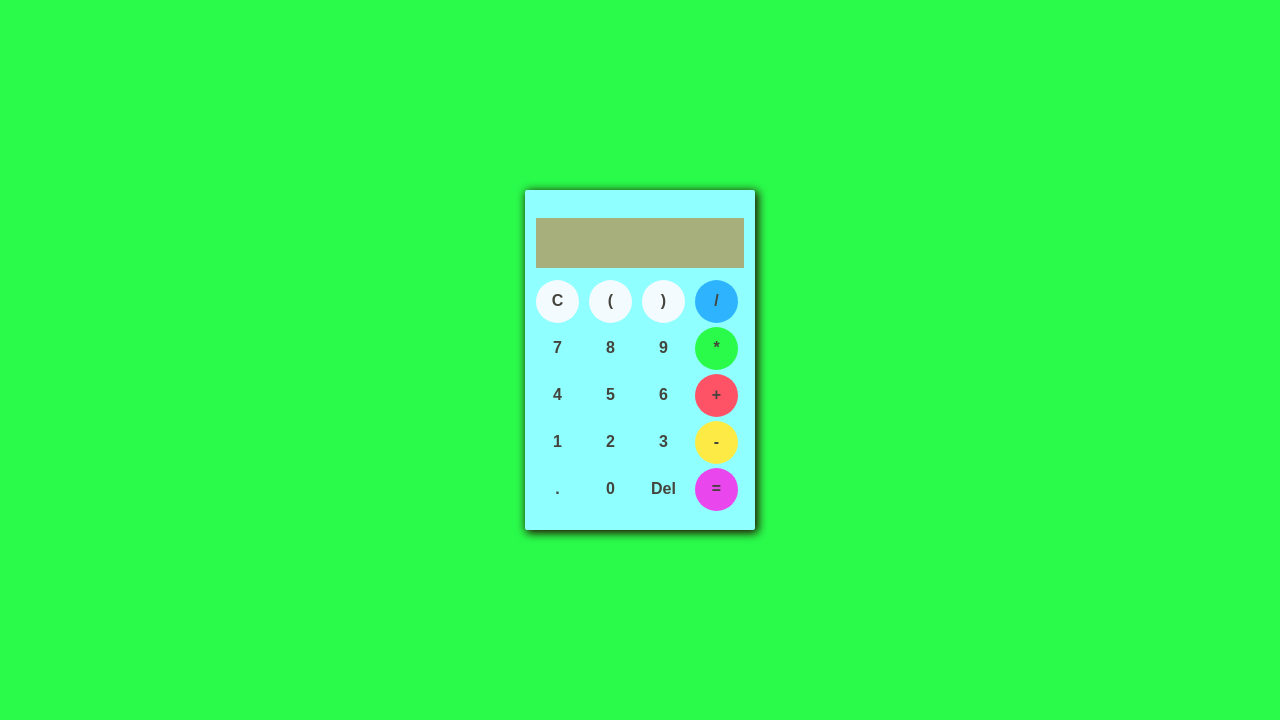
Repository: ServerK001/CalcJsVanilha
Page: index.html
These files come from the project's save history. The page is drawn as it stood at one moment and after a run of saves; the edit follows.
The browser window is 1280 px wide. The pictures show the whole page.

Above is the page before, as saved 2022-02-15 18:41:00.

### index.html
<!DOCTYPE html>
<html lang="pt-br">
<head>
    <meta charset="UTF-8">
    <meta http-equiv="X-UA-Compatible" content="IE=edge">
    <meta name="viewport" content="width=device-width, initial-scale=1.0">
    <script src="index.js" ></script>
    <link rel="stylesheet" href="style.css">


    <title>Calculadora</title>
</head>
<body>

        <section class="conteiner">


            <table class="calculadora">
                <tr>
                    <td colspan="4"><input type="text" class="display"></td>
                </tr>

                <tr>
                    <td><button class="btn btn_1 btn-clear">C</button></td>
                    <td><button class="btn btn_1 btn-num">(</button></td>
                    <td><button class="btn btn_1 btn-num">)</button></td>
                    <td><button class="btn btn_2 btn-num">/</button></td>
                </tr>

                <tr>
                    <td><button class="btn btn-num">7</button></td>
                    <td><button class="btn btn-num">8</button></td>
                    <td><button class="btn btn-num">9</button></td>
                    <td><button class="btn btn_3 btn-num">*</button></td>
                </tr>
                <tr>
                    <td><button class="btn btn-num">4</button></td>
                    <td><button class="btn btn-num">5</button></td>
                    <td><button class="btn btn-num">6</button></td>
                    <td><button class="btn btn_4 btn-num">+</button></td>
                </tr>
                <tr>
                    <td><button class="btn btn-num">1</button></td>
                    <td><button class="btn btn-num">2</button></td>
                    <td><button class="btn btn-num">3</button></td>
                    <td><button class="btn btn_5 btn-num">-</button></td>
                </tr>
                <tr>
                    <td><button class="btn  btn-num">.</button></td>
                    <td><button class="btn btn-num">0</button></td>
                    <td><button class="btn btn-del">Del</button></td>
                    <td><button class="btn btn_6 btn-num">=</button></td>
                </tr>

            </table>


        </section>

        <div class="vidro">
            dsads
        </div>

</body>
</html>

### index.js
console.log('Olá mundo')

### style.css
@font-face { font-family: DisplayOFT;
    src: url('./font/DisplayOTF.otf'); }

:root{
    --btn: #44443c;
    --font-display:#435338;
    --displayBG:#a7af7c;
    --bgCalc:#90FFFF;
    --bgConteiner:#5b5b5b;

    /*Bootuns Colors*/

    --btn_1:#F4FBFF;
    --btn_2:#2EB4FF;
    --btn_3:#2AFB4B;
    --btn_4:#FE5367;
    --btn_5:#FDEA44;
    --btn_6:#EA46ED;
    --btnHover: #c5e9fd;




}

.display{

    font-size: 1rem;
    width: 100%;
    height: 50px;
    text-align: right;
    font-family: "DisplayOFT";
    font-size: 1.5rem;
    color: var(--font-display);
    background-color: var(--displayBG);

        border: none;
}

input[type=text] {
    width: 100%;
    padding: 12px 20px;
    margin: 8px 0;
    box-sizing: border-box;
    transition: 0.3s;

  }
  input[type=text]:focus {
        height: 52px;

  }

.btn{
    font-size: 1rem;
    font-weight: bold;
    color:var(--btn);
    background-color: var(--bgBtn);
    padding: 0.5rem ;
    border-radius: 50%;
    align-items: center;
    border: none;
    height: 43px;
    width: 43px;
    text-align: center;
    transition: 0.3s;
}.btn:hover{
    background-color: var(--btnHover) ;
}


.calculadora{
    display: flex;
    align-items: center;
    justify-content: center;
    background-color: var(--bgCalc);
    padding: 0.5rem;
    height: 340px;
    width: 230px;
    border-radius: 2px;
    box-shadow: 2px 2px 10px 1px #240502;
    z-index: 1;

}


.body{
    background-color: var(--bgConteiner);
    padding: 1rem;
}

.btn_1{background-color:var(--btn_1)}
.btn_2{background-color:var(--btn_2)}
.btn_3{background-color:var(--btn_3)}
.btn_4{background-color:var(--btn_4)}
.btn_5{background-color:var(--btn_5)}
.btn_6{background-color:var(--btn_6)}

.conteiner{
    display: flex;
    align-items: center;
    justify-content: center;
    height: 100vh;
    background-color: #2AFB4B;
}




html, body{
    box-sizing:none;
    margin: 0 auto;
    border: none;
    padding: 0;
    line-height: 1;


}



.vidro{
	width: 5rem;
	height: 5rem;
	box-shadow: 0 0 1rem 0 rgba(0, 0, 0, .2);
	border-radius: 50%;
	position: absolute;
    top: 50vh;
    left: 85vh;
	z-index: 0;
	background: inherit;
	overflow: hidden;
}

After the next 3 saves:
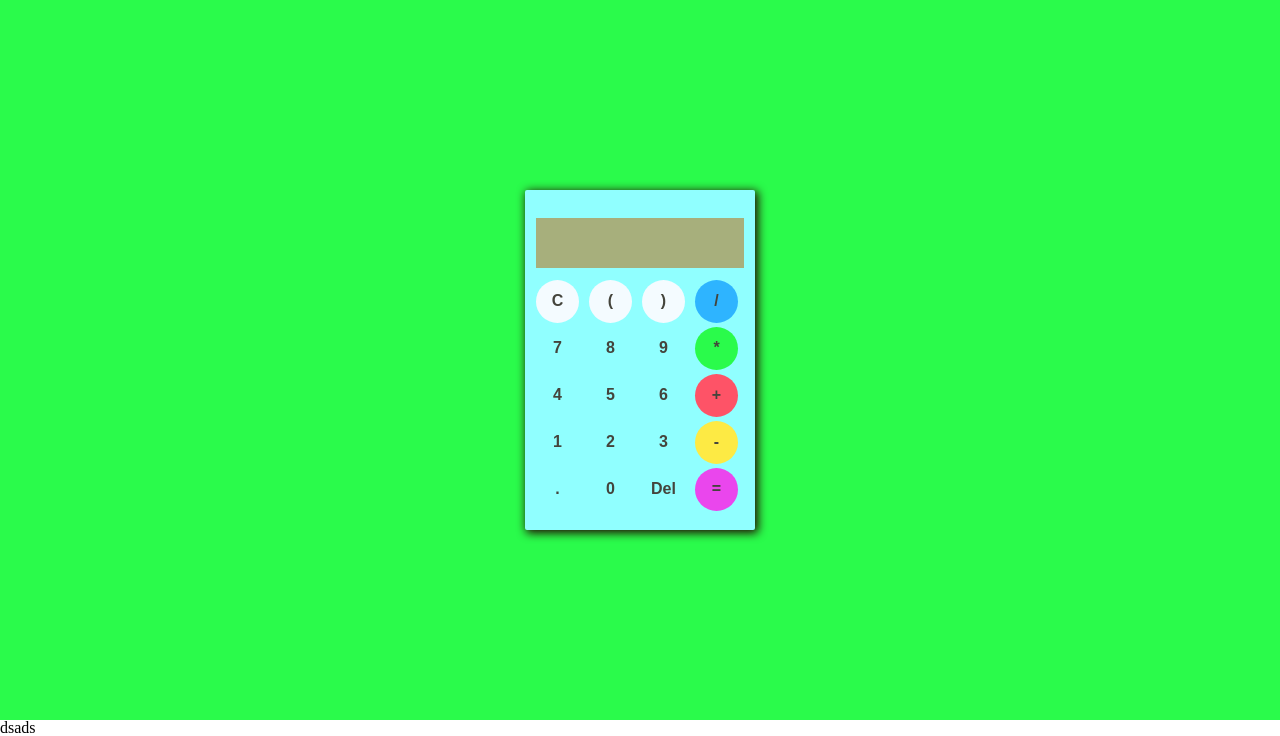
The 3 saves are shown as one change because they came seconds apart.
The last was saved 25 s later.
--- a/index.html
+++ b/index.html
@@ -60,6 +60,9 @@
         <div class="vidro">
             dsads
         </div>
+        <div class="vidro_2">
+            dsads
+        </div>
 
 </body>
 </html>

After the 2 saves that followed:
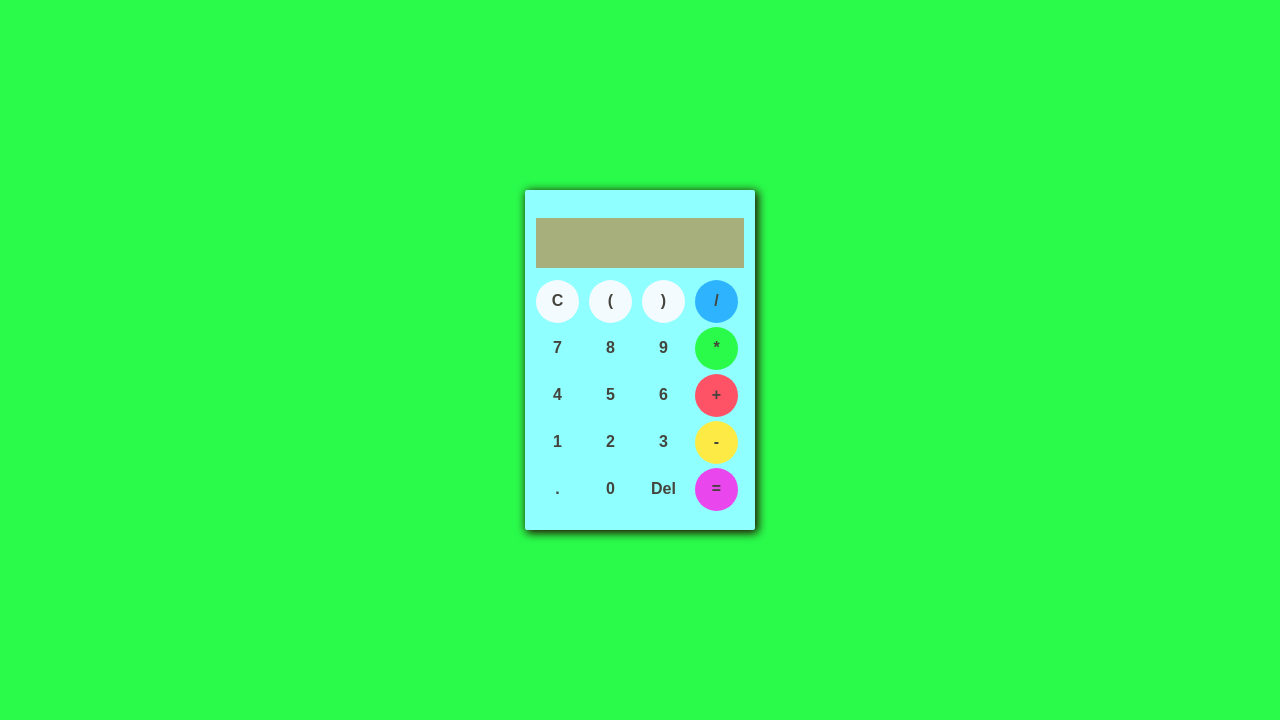
The 2 saves are shown as one change because they came seconds apart.
The last was saved 10 s later.
--- a/style.css
+++ b/style.css
@@ -130,3 +130,16 @@ html, body{
 	background: inherit;
 	overflow: hidden;
 }
+
+.vidro_2{
+	width: 5rem;
+	height: 5rem;
+	box-shadow: 0 0 1rem 0 rgba(0, 0, 0, .2);
+	border-radius: 50%;
+	position: absolute;
+    top: 50vh;
+    left: 85vh;
+	z-index: 0;
+	background: inherit;
+	overflow: hidden;
+}
